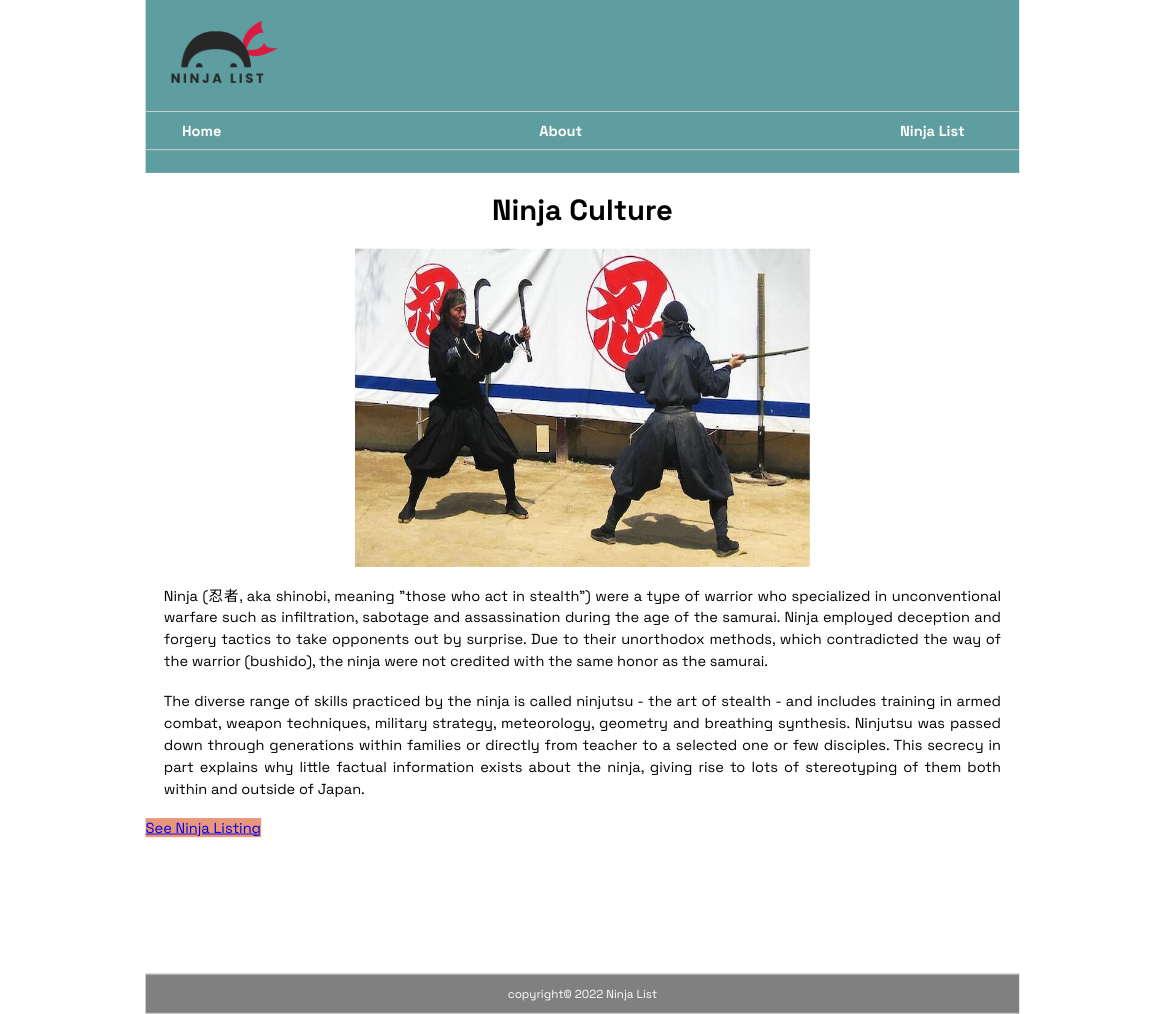
Repository: SaadYasin/ninja-list-next-training
Page: /
These files come from the project's save history. The page is drawn as it stood at one moment and after the next save; the edit follows.
The browser window is 1280 px wide. The pictures show the whole page, at 91% of full size.
The project was rebuilt for these pictures with package versions that can differ from the ones it lists, and the page was loaded fresh each time. The framework's server and built-in components were replaced by stand-ins that run in the browser. Also part of the build but not shown: next.config.js.

Above is the page before, as saved 2022-10-15 23:42:27.

After the next save:
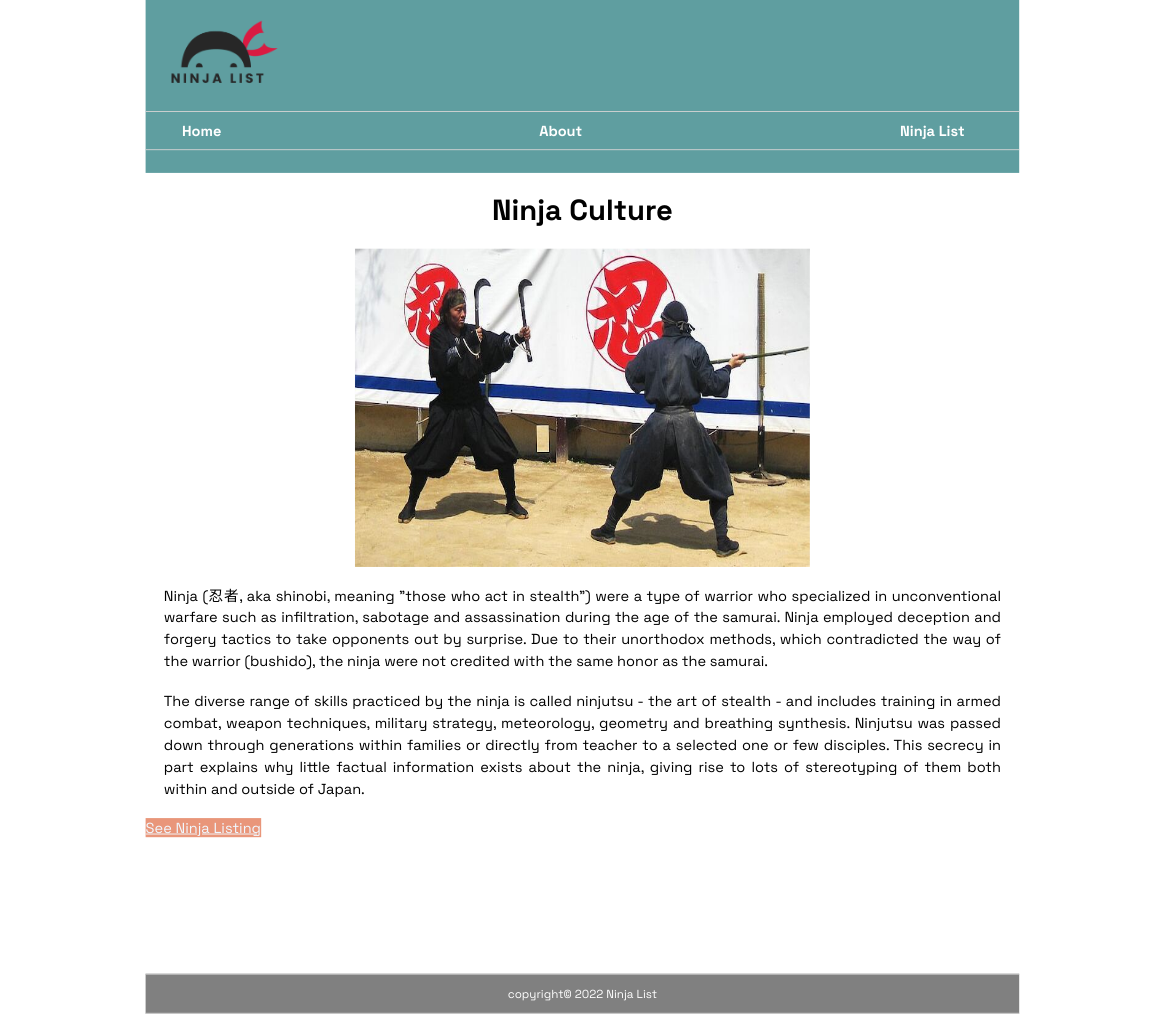
Saved 6 s later.
--- a/styles/Home.module.css
+++ b/styles/Home.module.css
@@ -15,5 +15,5 @@ justify-content: center;
 
 .btn {
   background: darksalmon;
-  color: ;
+  color: aliceblue;
 }
